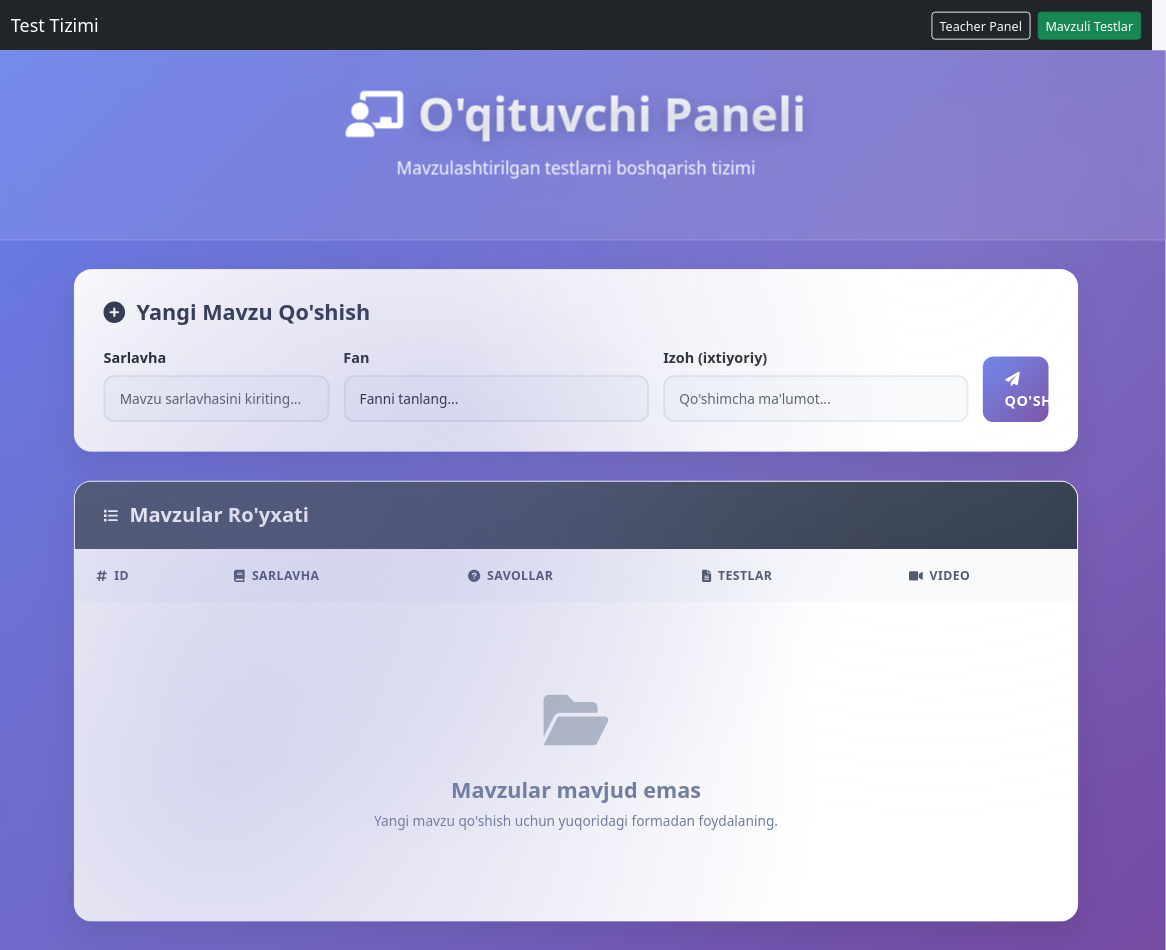
Repository: Shaxobiddin-Github/KatDPI_test
Page: backend/main/templates/topic_panel/dashboard.html
These files come from the project's save history. The page is drawn as it stood at one moment and after the next save; the edit follows.
The browser window is 1280 px wide. The page is 1295 px wide, so the pictures cover 1295 px, including what lies to the right of the window. The pictures show the whole page, at 90% of full size.
The template is drawn by Django 5.2. The application's start-up code is not run. Other server files are loaded and not shown. The template is opened directly, without the code that normally fills it, so the values that code supplies are empty.

Above is the page before, as saved 2025-09-26 16:09:59.

### backend/main/templates/topic_panel/dashboard.html
{% extends 'base.html' %}
{% load static %}
{% block head_extra %}
<style>
  .teacher-dashboard {
    background: linear-gradient(135deg, #667eea 0%, #764ba2 100%);
    min-height: 100vh;
    margin: -1.5rem -15px 0 -15px;
    padding: 0;
    position: relative;
    overflow-x: hidden;
  }

  .teacher-dashboard::before {
    content: '';
    position: absolute;
    top: 0;
    left: 0;
    right: 0;
    bottom: 0;
    background:
      radial-gradient(circle at 20% 80%, rgba(120, 119, 198, 0.3) 0%, transparent 50%),
      radial-gradient(circle at 80% 20%, rgba(255, 255, 255, 0.1) 0%, transparent 50%),
      radial-gradient(circle at 40% 40%, rgba(120, 119, 198, 0.2) 0%, transparent 50%);
    pointer-events: none;
  }

  .dashboard-header {
    background: rgba(255, 255, 255, 0.1);
    backdrop-filter: blur(20px);
    border-bottom: 1px solid rgba(255, 255, 255, 0.2);
    padding: 2.5rem 0;
    color: white;
    position: relative;
    z-index: 1;
  }

  .dashboard-title {
    font-size: 3.2rem;
    font-weight: 800;
    text-align: center;
    margin-bottom: 1rem;
    text-shadow: 0 4px 20px rgba(0,0,0,0.2);
    background: linear-gradient(135deg, #ffffff 0%, #f0f4ff 100%);
    -webkit-background-clip: text;
    -webkit-text-fill-color: transparent;
    background-clip: text;
  }

  .dashboard-subtitle {
    text-align: center;
    font-size: 1.2rem;
    opacity: 0.95;
    font-weight: 400;
    margin-bottom: 1.5rem;
  }

  .dashboard-stats {
    display: flex;
    justify-content: center;
    gap: 2rem;
    margin-top: 2rem;
  }

  .stat-item {
    text-align: center;
    background: rgba(255, 255, 255, 0.15);
    padding: 1rem 1.5rem;
    border-radius: 20px;
    backdrop-filter: blur(10px);
    border: 1px solid rgba(255, 255, 255, 0.2);
    min-width: 120px;
  }

  .stat-number {
    font-size: 2rem;
    font-weight: 700;
    display: block;
    margin-bottom: 0.25rem;
  }

  .stat-label {
    font-size: 0.9rem;
    opacity: 0.9;
  }
  .main-content {
    padding: 2rem 0;
  }
  .create-form-card {
    background: white;
    border-radius: 20px;
    padding: 2rem;
    margin-bottom: 2rem;
    box-shadow: 0 15px 35px rgba(0, 0, 0, 0.1);
    border: 1px solid rgba(255, 255, 255, 0.2);
  }
  .form-title {
    font-size: 1.5rem;
    font-weight: 600;
    color: #2d3748;
    margin-bottom: 1.5rem;
    display: flex;
    align-items: center;
    gap: 0.8rem;
  }
  .form-control-modern {
    border: 2px solid #e2e8f0;
    border-radius: 12px;
    padding: 0.8rem 1rem;
    font-size: 0.95rem;
    transition: all 0.3s ease;
    background: #f8fafc;
  }
  .form-control-modern:focus {
    border-color: #667eea;
    box-shadow: 0 0 0 3px rgba(102, 126, 234, 0.1);
    background: white;
    outline: none;
  }
  .btn-create {
    background: linear-gradient(135deg, #667eea, #764ba2);
    border: none;
    border-radius: 12px;
    padding: 0.8rem 1.5rem;
    color: white;
    font-weight: 600;
    transition: all 0.3s ease;
    text-transform: uppercase;
    letter-spacing: 0.5px;
  }
  .btn-create:hover {
    transform: translateY(-2px);
    box-shadow: 0 8px 20px rgba(102, 126, 234, 0.4);
    color: white;
  }
  .topics-card {
    background: white;
    border-radius: 20px;
    overflow: hidden;
    box-shadow: 0 15px 35px rgba(0, 0, 0, 0.1);
    border: 1px solid rgba(255, 255, 255, 0.2);
  }
  .topics-header {
    background: linear-gradient(135deg, #4a5568, #2d3748);
    color: white;
    padding: 1.5rem 2rem;
    display: flex;
    align-items: center;
    gap: 0.8rem;
  }
  .topics-header h4 {
    margin: 0;
    font-size: 1.4rem;
    font-weight: 600;
  }
  .topics-table {
    margin: 0;
  }
  .topics-table thead th {
    background: #f8fafc;
    border: none;
    padding: 1.2rem 1.5rem;
    font-weight: 600;
    color: #4a5568;
    text-transform: uppercase;
    letter-spacing: 0.5px;
    font-size: 0.85rem;
  }
  .topics-table tbody tr {
    border: none;
    transition: all 0.3s ease;
  }
  .topics-table tbody tr:hover {
    background: linear-gradient(135deg, rgba(102, 126, 234, 0.05), rgba(118, 75, 162, 0.05));
    transform: scale(1.01);
  }
  .topics-table tbody td {
    padding: 1.2rem 1.5rem;
    border: none;
    vertical-align: middle;
    font-size: 0.95rem;
  }
  .topic-id {
    background: linear-gradient(135deg, #667eea, #764ba2);
    color: white;
    padding: 0.4rem 0.8rem;
    border-radius: 20px;
    font-weight: 600;
    font-size: 0.8rem;
    display: inline-block;
    min-width: 40px;
    text-align: center;
  }
  .topic-title a {
    color: #2d3748;
    font-weight: 600;
    text-decoration: none;
    font-size: 1.1rem;
    transition: all 0.3s ease;
  }
  .topic-title a:hover {
    color: #667eea;
    text-decoration: underline;
  }
  .stat-badge {
    background: #e2e8f0;
    color: #4a5568;
    padding: 0.4rem 0.8rem;
    border-radius: 15px;
    font-weight: 600;
    font-size: 0.85rem;
    display: inline-flex;
    align-items: center;
    gap: 0.4rem;
    min-width: 50px;
    justify-content: center;
  }
  .stat-badge.has-items {
    background: linear-gradient(135deg, #48bb78, #38a169);
    color: white;
  }
  .video-badge {
    padding: 0.4rem 0.8rem;
    border-radius: 15px;
    font-weight: 600;
    font-size: 0.85rem;
    display: inline-flex;
    align-items: center;
    gap: 0.4rem;
  }
  .video-yes {
    background: linear-gradient(135deg, #48bb78, #38a169);
    color: white;
  }
  .video-no {
    background: #fed7d7;
    color: #e53e3e;
  }
  .empty-state {
    text-align: center;
    padding: 4rem 2rem;
    color: #718096;
  }
  .empty-icon {
    font-size: 4rem;
    margin-bottom: 1rem;
    opacity: 0.5;
  }
  .empty-title {
    font-size: 1.5rem;
    font-weight: 600;
    margin-bottom: 0.5rem;
  }
  .loading-overlay {
    position: fixed;
    top: 0;
    left: 0;
    right: 0;
    bottom: 0;
    background: rgba(255, 255, 255, 0.9);
    display: flex;
    align-items: center;
    justify-content: center;
    z-index: 9999;
    opacity: 0;
    visibility: hidden;
    transition: all 0.3s ease;
  }
  .loading-overlay.show {
    opacity: 1;
    visibility: visible;
  }
  .spinner {
    width: 50px;
    height: 50px;
    border: 4px solid #e2e8f0;
    border-left: 4px solid #667eea;
    border-radius: 50%;
    animation: spin 1s linear infinite;
  }
  @keyframes spin {
    to { transform: rotate(360deg); }
  }
  .success-message {
    background: linear-gradient(135deg, #48bb78, #38a169);
    color: white;
    padding: 1rem 1.5rem;
    border-radius: 12px;
    margin-bottom: 1rem;
    display: none;
    align-items: center;
    gap: 0.8rem;
  }
</style>
{% endblock %}
{% block content %}
<div class="teacher-dashboard">
  <div class="dashboard-header">
    <div class="container">
      <h1 class="dashboard-title">
        <i class="fas fa-chalkboard-teacher me-3"></i>O'qituvchi Paneli
      </h1>
      <p class="dashboard-subtitle">Mavzulashtirilgan testlarni boshqarish tizimi</p>
    </div>
  </div>

  <div class="main-content">
    <div class="container">
      <div id="successMessage" class="success-message">
        <i class="fas fa-check-circle"></i>
        <span>Mavzu muvaffaqiyatli qo'shildi!</span>
      </div>

      <div class="create-form-card">
        <h3 class="form-title">
          <i class="fas fa-plus-circle"></i>
          Yangi Mavzu Qo'shish
        </h3>
        <form id="createTopicForm" class="row g-3">
          <div class="col-md-3">
            <label class="form-label fw-semibold">Sarlavha</label>
            <input name="title" class="form-control form-control-modern" placeholder="Mavzu sarlavhasini kiriting..." required>
          </div>
          <div class="col-md-4">
            <label class="form-label fw-semibold">Fan</label>
            <select name="subject_id" class="form-control form-control-modern" required>
              <option value="" disabled selected>Fanni tanlang...</option>
              {% for s in subjects %}
                <option value="{{ s.id }}">{{ s.name }}</option>
              {% endfor %}
            </select>
          </div>
          <div class="col-md-4">
            <label class="form-label fw-semibold">Izoh (ixtiyoriy)</label>
            <input name="description" class="form-control form-control-modern" placeholder="Qo'shimcha ma'lumot...">
          </div>
          <div class="col-md-1 d-flex align-items-end">
            <button type="submit" class="btn btn-create w-100">
              <i class="fas fa-paper-plane me-2"></i>Qo'shish
            </button>
          </div>
        </form>
      </div>

      <div class="topics-card">
        <div class="topics-header">
          <i class="fas fa-list"></i>
          <h4>Mavzular Ro'yxati</h4>
        </div>
        <div class="table-responsive">
          <table class="table topics-table" id="topicsTable">
            <thead>
              <tr>
                <th><i class="fas fa-hashtag me-2"></i>ID</th>
                <th><i class="fas fa-book me-2"></i>Sarlavha</th>
                <th><i class="fas fa-question-circle me-2"></i>Savollar</th>
                <th><i class="fas fa-file-alt me-2"></i>Testlar</th>
                <th><i class="fas fa-video me-2"></i>Video</th>
              </tr>
            </thead>
            <tbody>
              {% for t in topics %}
              <tr data-id="{{ t.id }}">
                <td><span class="topic-id">{{ t.id }}</span></td>
                <td class="topic-title">
                  <a href="{% url 'topic:topic_manage' t.id %}">{{ t.title }}</a>
                </td>
                <td>
                  <span class="stat-badge {% if t.questions.count > 0 %}has-items{% endif %}">
                    <i class="fas fa-question"></i>
                    {{ t.questions.count }}
                  </span>
                </td>
                <td>
                  <span class="stat-badge {% if t.tests.count > 0 %}has-items{% endif %}">
                    <i class="fas fa-clipboard-list"></i>
                    {{ t.tests.count }}
                  </span>
                </td>
                <td>
                  {% if t.intro_video %}
                    <span class="video-badge video-yes">
                      <i class="fas fa-check"></i>Mavjud
                    </span>
                  {% else %}
                    <span class="video-badge video-no">
                      <i class="fas fa-times"></i>Yo'q
                    </span>
                  {% endif %}
                </td>
              </tr>
              {% empty %}
              <tr>
                <td colspan="5">
                  <div class="empty-state">
                    <div class="empty-icon">
                      <i class="fas fa-folder-open"></i>
                    </div>
                    <h5 class="empty-title">Mavzular mavjud emas</h5>
                    <p>Yangi mavzu qo'shish uchun yuqoridagi formadan foydalaning.</p>
                  </div>
                </td>
              </tr>
              {% endfor %}
            </tbody>
          </table>
        </div>
      </div>
    </div>
  </div>
</div>

<div id="loadingOverlay" class="loading-overlay">
  <div class="spinner"></div>
</div>

<!-- FontAwesome icons -->
<script src="https://cdnjs.cloudflare.com/ajax/libs/font-awesome/6.0.0/js/all.min.js"></script>
<script>
const form = document.getElementById('createTopicForm');
const loadingOverlay = document.getElementById('loadingOverlay');
const successMessage = document.getElementById('successMessage');

form.addEventListener('submit', async (e) => {
  e.preventDefault();

  // Show loading
  loadingOverlay.classList.add('show');

  const fd = new FormData(form);

  try {
    const resp = await fetch('{% url 'topic:create_topic' %}', {
      method: 'POST',
      headers: {'X-CSRFToken': getCsrf()},
      body: fd
    });
    const data = await resp.json();

    if (data.id) {
      // Show success message
      successMessage.style.display = 'flex';
      form.reset();

      // Hide success message after 3 seconds
      setTimeout(() => {
        successMessage.style.display = 'none';
      }, 3000);

      // Reload after short delay
      setTimeout(() => {
        location.reload();
      }, 1000);
    } else {
      alert(data.error || 'Xato yuz berdi!');
    }
  } catch (error) {
    alert('Tarmoq xatosi yuz berdi!');
  } finally {
    // Hide loading
    loadingOverlay.classList.remove('show');
  }
});

function getCsrf() {
  return document.cookie.split('; ').find(r => r.startsWith('csrftoken='))?.split('=')[1];
}

// Add hover effects to table rows
document.addEventListener('DOMContentLoaded', function() {
  const tableRows = document.querySelectorAll('#topicsTable tbody tr');
  tableRows.forEach(row => {
    row.addEventListener('mouseenter', function() {
      this.style.transform = 'scale(1.02)';
    });
    row.addEventListener('mouseleave', function() {
      this.style.transform = 'scale(1)';
    });
  });
});
</script>
{% endblock %}

### backend/main/templates/base.html
<!DOCTYPE html>
<html lang="uz">
<head>
	<meta charset="UTF-8">
	<meta name="viewport" content="width=device-width,initial-scale=1">
	<title>{% block title %}Panel{% endblock %}</title>
	<link href="https://cdn.jsdelivr.net/npm/bootstrap@5.3.3/dist/css/bootstrap.min.css" rel="stylesheet">
	{% block head_extra %}{% endblock %}
	<style>
		body { background:#f5f7fb; font-family: system-ui, Arial, sans-serif; }
		nav.navbar { margin-bottom: 1.5rem; }
	</style>
</head>
<body>
	<nav class="navbar navbar-expand-lg navbar-dark bg-dark">
		<div class="container-fluid">
			<a class="navbar-brand" href="/">Test Tizimi</a>
			{% if request.user.is_authenticated and request.user.role == 'student' %}
				<div class="ms-auto d-flex align-items-center gap-2">
					<a class="btn btn-sm btn-primary" href="/api/topic-panel/student/panel/">Mening Testlarim</a>
					<a class="btn btn-sm btn-outline-light" href="{% url 'common_logout' %}">Chiqish</a>
				</div>
			{% else %}
				<div class="d-flex gap-2">
					<a class="btn btn-sm btn-outline-light" href="/api/teacher-panel/dashboard/">Teacher Panel</a>
					<a class="btn btn-sm btn-success" href="/api/topic-panel/dashboard/">Mavzuli Testlar</a>
				</div>
			{% endif %}
		</div>
	</nav>
	<main>
		{% block content %}{% endblock %}
	</main>
	<script src="https://cdn.jsdelivr.net/npm/bootstrap@5.3.3/dist/js/bootstrap.bundle.min.js"></script>
	{% block scripts %}{% endblock %}
</body>
</html>

After the next save:
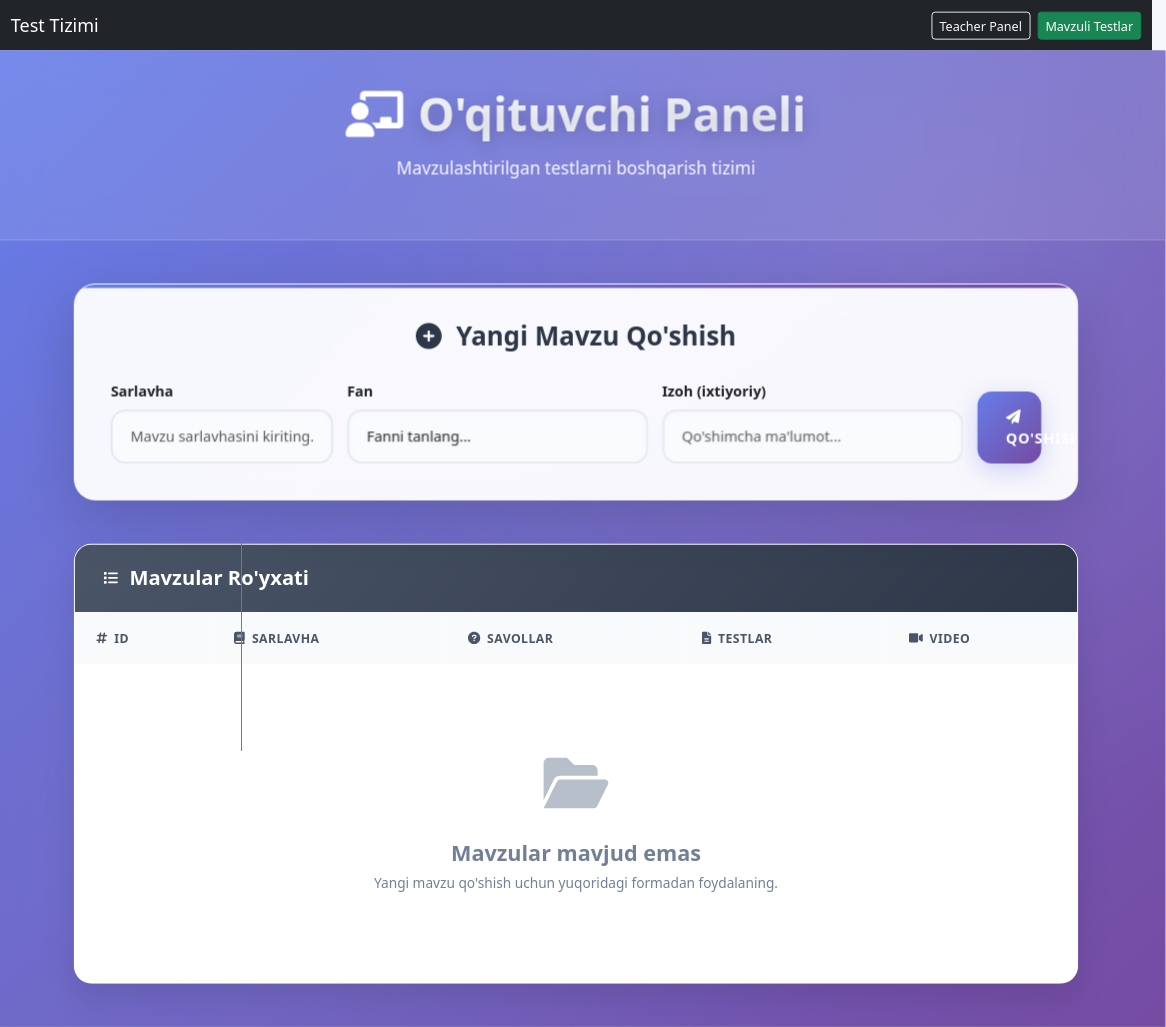
Saved 20 s later.
--- a/backend/main/templates/topic_panel/dashboard.html
+++ b/backend/main/templates/topic_panel/dashboard.html
@@ -84,54 +84,84 @@
     opacity: 0.9;
   }
   .main-content {
-    padding: 2rem 0;
-  }
+    padding: 3rem 0;
+    position: relative;
+    z-index: 1;
+  }
+
   .create-form-card {
-    background: white;
-    border-radius: 20px;
-    padding: 2rem;
+    background: rgba(255, 255, 255, 0.95);
+    backdrop-filter: blur(20px);
+    border-radius: 24px;
+    padding: 2.5rem;
+    margin-bottom: 3rem;
+    box-shadow: 0 20px 60px rgba(0, 0, 0, 0.15);
+    border: 1px solid rgba(255, 255, 255, 0.3);
+    position: relative;
+    overflow: hidden;
+  }
+
+  .create-form-card::before {
+    content: '';
+    position: absolute;
+    top: 0;
+    left: 0;
+    right: 0;
+    height: 4px;
+    background: linear-gradient(135deg, #667eea 0%, #764ba2 100%);
+  }
+
+  .form-title {
+    font-size: 1.8rem;
+    font-weight: 700;
+    color: #2d3748;
     margin-bottom: 2rem;
-    box-shadow: 0 15px 35px rgba(0, 0, 0, 0.1);
-    border: 1px solid rgba(255, 255, 255, 0.2);
-  }
-  .form-title {
-    font-size: 1.5rem;
-    font-weight: 600;
-    color: #2d3748;
-    margin-bottom: 1.5rem;
     display: flex;
     align-items: center;
-    gap: 0.8rem;
-  }
+    gap: 1rem;
+    text-align: center;
+    justify-content: center;
+  }
+
   .form-control-modern {
     border: 2px solid #e2e8f0;
-    border-radius: 12px;
-    padding: 0.8rem 1rem;
-    font-size: 0.95rem;
+    border-radius: 16px;
+    padding: 1rem 1.25rem;
+    font-size: 1rem;
     transition: all 0.3s ease;
-    background: #f8fafc;
-  }
+    background: rgba(248, 250, 252, 0.8);
+    backdrop-filter: blur(10px);
+  }
+
   .form-control-modern:focus {
     border-color: #667eea;
-    box-shadow: 0 0 0 3px rgba(102, 126, 234, 0.1);
-    background: white;
+    box-shadow: 0 0 0 4px rgba(102, 126, 234, 0.15);
+    background: rgba(255, 255, 255, 0.95);
     outline: none;
-  }
+    transform: translateY(-1px);
+  }
+
   .btn-create {
     background: linear-gradient(135deg, #667eea, #764ba2);
     border: none;
-    border-radius: 12px;
-    padding: 0.8rem 1.5rem;
-    color: white;
-    font-weight: 600;
+    border-radius: 16px;
+    padding: 1rem 2rem;
+    color: white;
+    font-weight: 700;
     transition: all 0.3s ease;
     text-transform: uppercase;
-    letter-spacing: 0.5px;
-  }
+    letter-spacing: 0.8px;
+    box-shadow: 0 8px 25px rgba(102, 126, 234, 0.3);
+  }
+
   .btn-create:hover {
-    transform: translateY(-2px);
-    box-shadow: 0 8px 20px rgba(102, 126, 234, 0.4);
-    color: white;
+    transform: translateY(-3px);
+    box-shadow: 0 12px 35px rgba(102, 126, 234, 0.5);
+    color: white;
+  }
+
+  .btn-create:active {
+    transform: translateY(-1px);
   }
   .topics-card {
     background: white;
